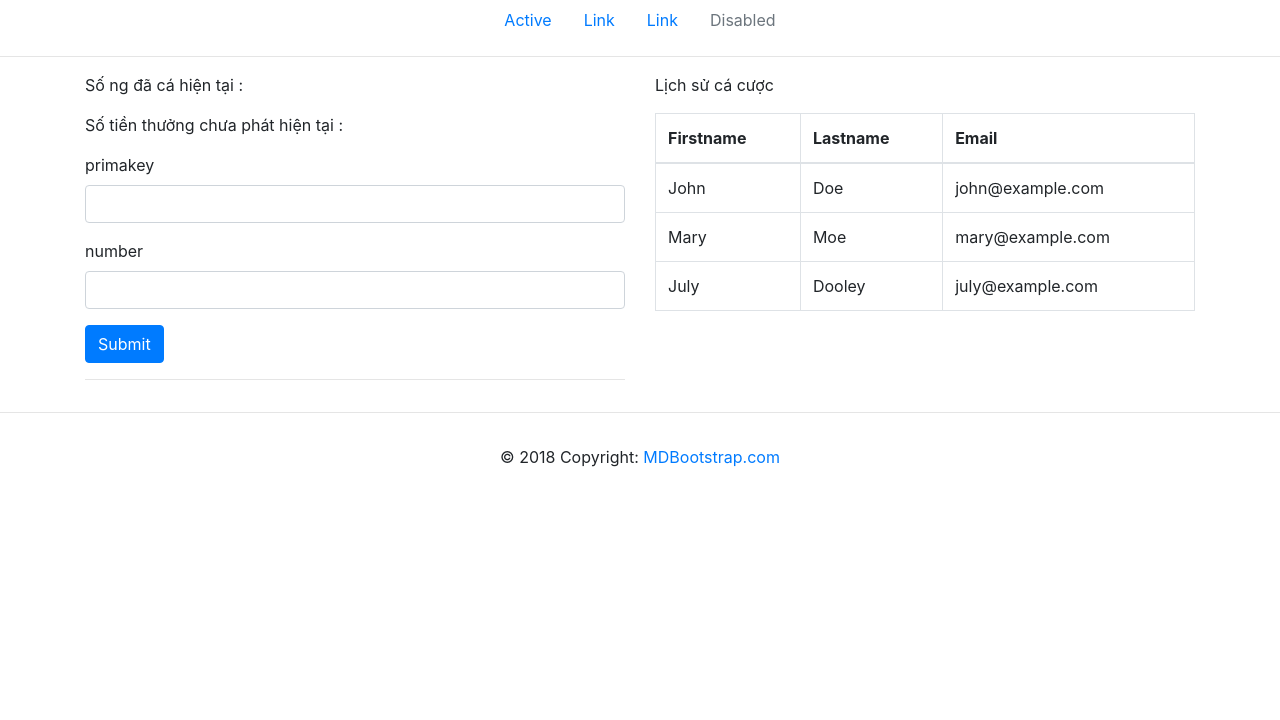
Repository: tienvins/vinsofts-blockchain-training-Oct2018
Page: views/home/index.ejs
An editor plug-in stored every save of this project. The page is shown before and after the next save, followed by the edit.
The browser window is 1280 px wide. The pictures show the whole page.
The page is served by the project's Node server (index.js). The template is opened directly, without the code that normally fills it, so the values that code supplies are empty.

Above is the page before, as saved 2018-11-06 10:54:29.

After the next save:
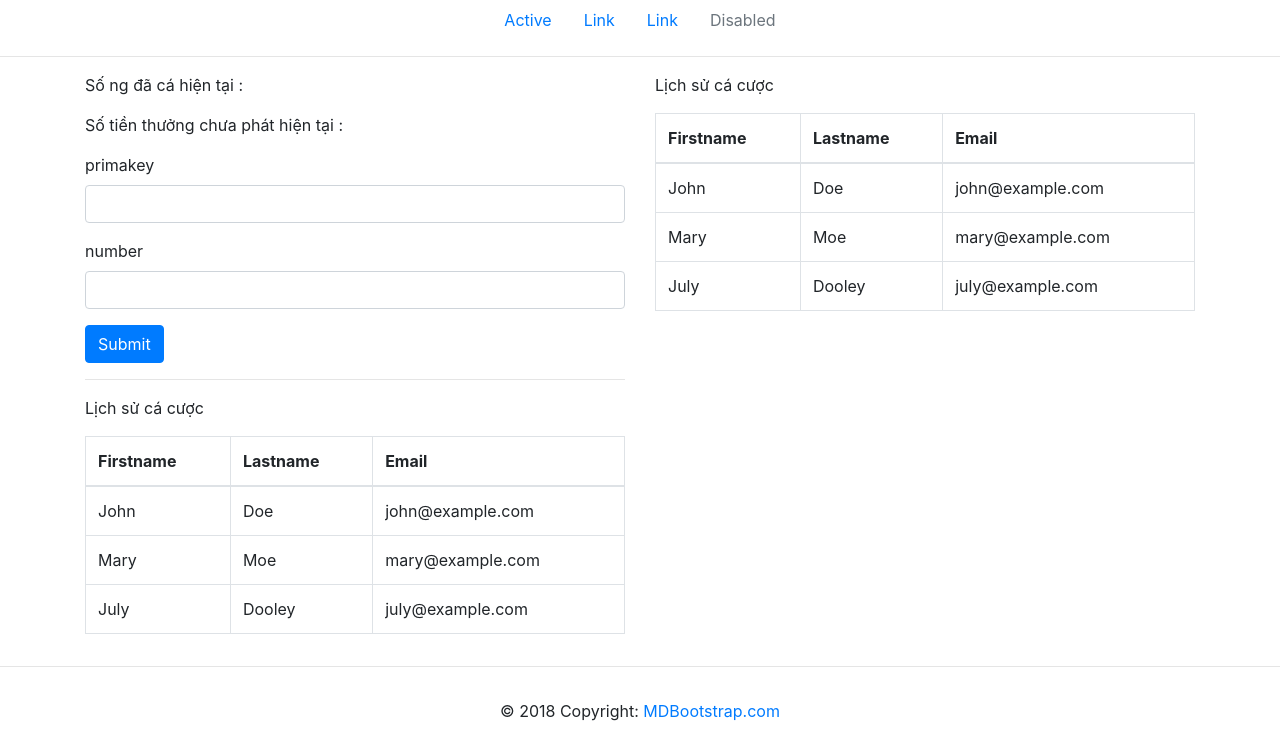
Saved 4 s later.
--- a/tunglt/dappbetting/views/home/index.ejs
+++ b/tunglt/dappbetting/views/home/index.ejs
@@ -18,6 +18,34 @@
         <button type="submit" class="btn btn-primary">Submit</button>
       </form>
       <hr>
+
+      <p>Lịch sử cá cược</p>
+      <table class="table table-bordered">
+        <thead>
+          <tr>
+            <th>Firstname</th>
+            <th>Lastname</th>
+            <th>Email</th>
+          </tr>
+        </thead>
+        <tbody>
+          <tr>
+            <td>John</td>
+            <td>Doe</td>
+            <td>john@example.com</td>
+          </tr>
+          <tr>
+            <td>Mary</td>
+            <td>Moe</td>
+            <td>mary@example.com</td>
+          </tr>
+          <tr>
+            <td>July</td>
+            <td>Dooley</td>
+            <td>july@example.com</td>
+          </tr>
+        </tbody>
+      </table>
     </div>
     <div class="col-md-6">
       <p>Lịch sử cá cược</p>
